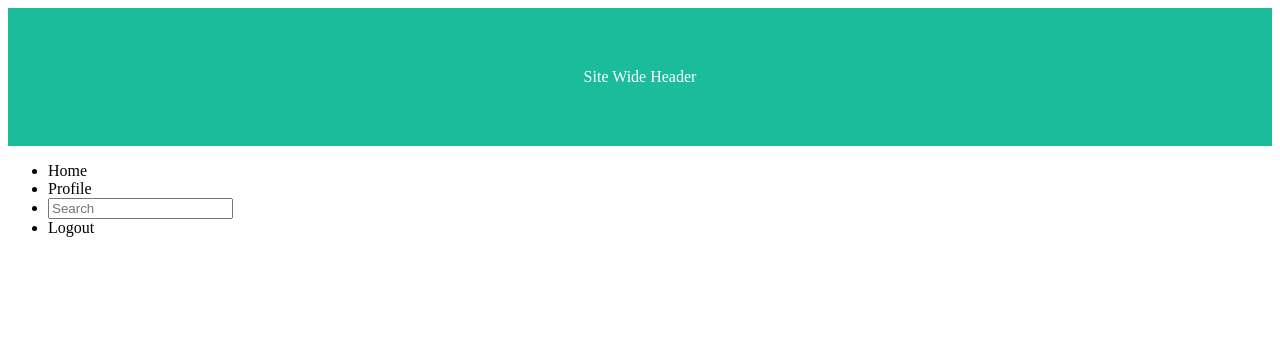
Repository: ayeza-baseer/AssignmentFlexbox
Page: assignment.html
An editor plug-in stored every save of this project. The page is shown before and after the next save, followed by the edit.
The browser window is 1280 px wide. The pictures show the whole page.

Above is the page before, as saved 2023-03-17 13:27:07.

### assignment.html
<!DOCTYPE html>
<html lang="en">
<head>

    <link rel="stylesheet" href="assignment.css">


</head>
<body>
<div>
    <header class="header">Site Wide Header</header>
    <nav>
        <ul class="container">
            <li>Home</li>
            <li>Profile</li>
            <li class="search">
                <input type="text" class="search-input" placeholder="Search">
            </li>
            <li>Logout</li>
        </ul>
    </nav>


</div>

</body>
</html>

### assignment.css
.header{
    padding: 60px;
    text-align: center;
    background: #1abc9c;
    color: white;
}

After the next save:
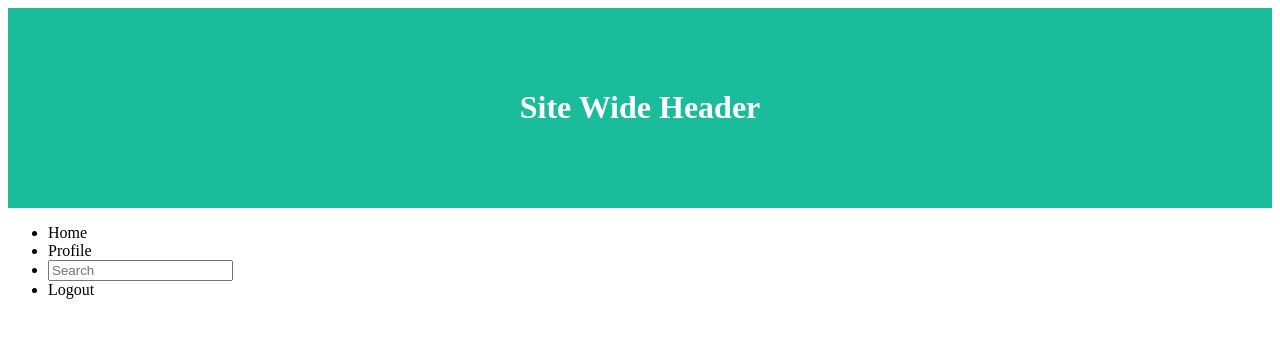
Saved 27 s later.
--- a/assignment.html
+++ b/assignment.html
@@ -8,7 +8,9 @@
 </head>
 <body>
 <div>
-    <header class="header">Site Wide Header</header>
+    <header class="header"><h1>
+        Site Wide Header
+    </h1></header>
     <nav>
         <ul class="container">
             <li>Home</li>
